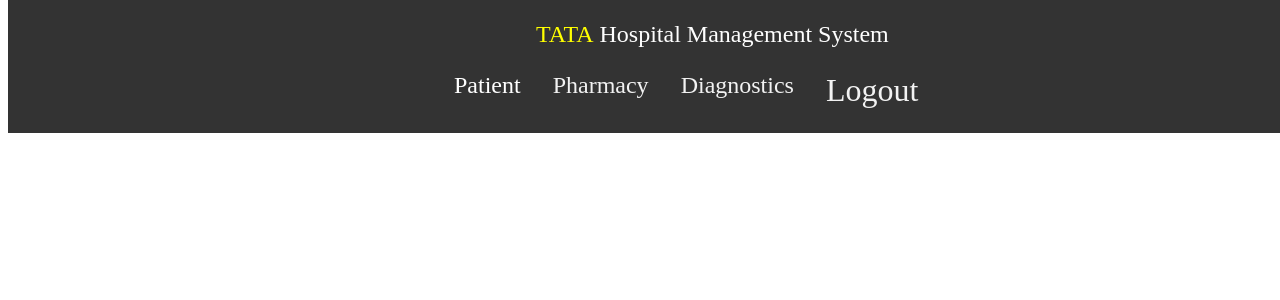
Repository: gopikavinod/RBM
Page: http://localhost/Hospital_Management_System/test.jsp
The author's editor kept a copy of each file at every save. The page is drawn from the files as they stood at one save, then again after the next save.
The browser window is 1280 px wide. The pictures show the whole page.
The page is served by Tomcat 9. Other server files are loaded and not shown.

Above is the page before, as saved 2020-06-27 06:45:57.

### eclipse-workspace/Hospital Management System/WebContent/test.jsp
<%@ page language="java" contentType="text/html; charset=ISO-8859-1"
    pageEncoding="ISO-8859-1"%>
<!DOCTYPE html>
<html>
<head>
<meta charset="ISO-8859-1">
<title>TATA Hospital Management System</title>
<style>
    /* Add some padding on document's body to prevent the content
    to go underneath the header and footer */
    body{
        padding-top: 60px;
        padding-bottom: 40px;
    }
    .container{
        width: 80%;
        margin: 0 auto; /* Center the DIV horizontally */
    }
    .fixed-header, .fixed-footer{
        width: 100%;
        position: fixed;
        background: #333;
        padding: 10px 0;
        color: #fff;
    }
    .fixed-header{
        top: 0;
    }
    .fixed-footer{
        bottom: 0;
    }
    /* Some more styles to beutify this example */
    nav a{
        color: #fff;
        text-decoration: none;
        padding: 7px 25px;
        display: inline-block;
    }
    .container p{
        line-height: 200px; /* Create scrollbar to test positioning */
    }
    p.detail
    {
    color:yellow;
    line-height: 0px;
    font-size: x-large;
    }
    span.name{
    	color:white;
    	font-size: x-large;
    }
    tr
    {
    height: 40px;
    }
    span.aestric
    {
    color: red;
    }
    .topnav {
  overflow: hidden;
  background-color: #333;
  padding-left: 302px;
  font-size: x-large;
}

.topnav a {
  float: left;
  display: block;
  color: #f2f2f2;
  text-align: center;
  padding: 14px 16px;
  text-decoration: none;
  font-size: 17px;
}
    .dropdown {
  float: left;
  overflow: hidden;
}
.dropdown .dropbtn {
  font-size: 17px;
  border: none;
  outline: none;
  color: white;
  padding: 14px 16px;
  background-color: inherit;
  font-family: inherit;
  margin: 0;
}

.dropdown-content {
  display: none;
  position: absolute;
  background-color: #f9f9f9;
  min-width: 160px;
  box-shadow: 0px 8px 16px 0px rgba(0,0,0,0.2);
  z-index: 1;
}

.dropdown-content a {
  float: none;
  color: black;
  padding: 12px 16px;
  text-decoration: none;
  display: block;
  text-align: left;
}

.topnav a:hover, .dropdown:hover .dropbtn {
  background-color: #555;
  color: white;
}

.dropdown-content a:hover {
  background-color: #ddd;
  color: black;
}

.dropdown:hover .dropdown-content {
  display: block;
}

</style>
<script>

function disableBackButton()
 {
  //location.href("logout.html");

 }
if(window.history.forward(1) != null)
         window.history.forward(1);
</script>
</head>

<body>

 <div class="fixed-header">
        <div class="container" >
            <nav>
         <p class="detail"  style="padding-left: 400px;">TATA<span class="name">&nbsp;Hospital Management System</span></p>
          <div class="topnav" id="myTopnav" display="none">
            <div class="dropdown">
    <button class="dropbtn" style="font-size: x-large;">Patient
      <i class="fa fa-caret-down"></i>
    </button>
    <div class="dropdown-content">
      <a href="/Retail_Bank_Management/userLogged.jsp">Patient Registration</a>
      <a href="/Retail_Bank_Management/updateCustomer.jsp">Update Patient</a>
      <a href="/Retail_Bank_Management/deleteCustomer.jsp">Delete Patient</a>
      <a href="/Retail_Bank_Management/customerStatus.jsp">View Patients</a>
    </div>
    </div>


                <a href="#"  style="font-size: x-large;">Pharmacy</a>
                <a href="#"  style="font-size: x-large;">Diagnostics</a>
                 <a href="/Retail_Bank_Management/LogoutServlet" onclick="disableBackButton()"  style="font-size: xx-large;">Logout</a>
          </div>
            </nav>
        </div>
    </div>
</body>

</html>

After the next save:
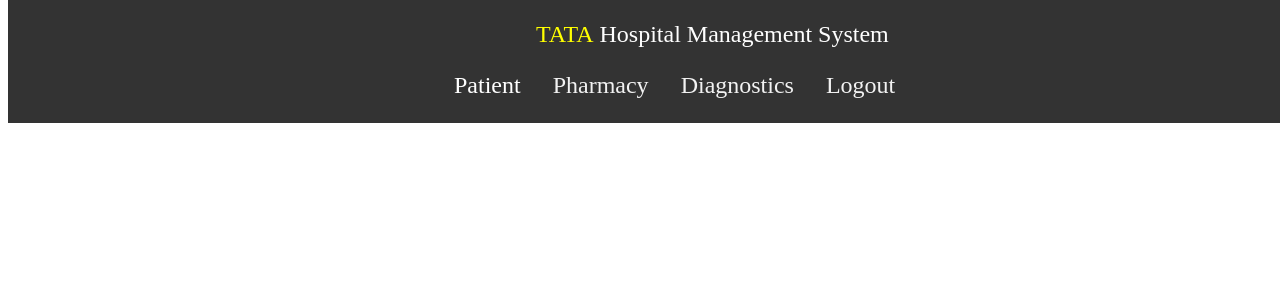
Saved 21 s later.
--- a/eclipse-workspace/Hospital Management System/WebContent/test.jsp
+++ b/eclipse-workspace/Hospital Management System/WebContent/test.jsp
@@ -155,7 +155,7 @@
 
                 <a href="#"  style="font-size: x-large;">Pharmacy</a>
                 <a href="#"  style="font-size: x-large;">Diagnostics</a>
-                 <a href="/Retail_Bank_Management/LogoutServlet" onclick="disableBackButton()"  style="font-size: xx-large;">Logout</a>
+                 <a href="/Retail_Bank_Management/LogoutServlet" onclick="disableBackButton()"  style="font-size: x-large;">Logout</a>
           </div>
             </nav>
         </div>
